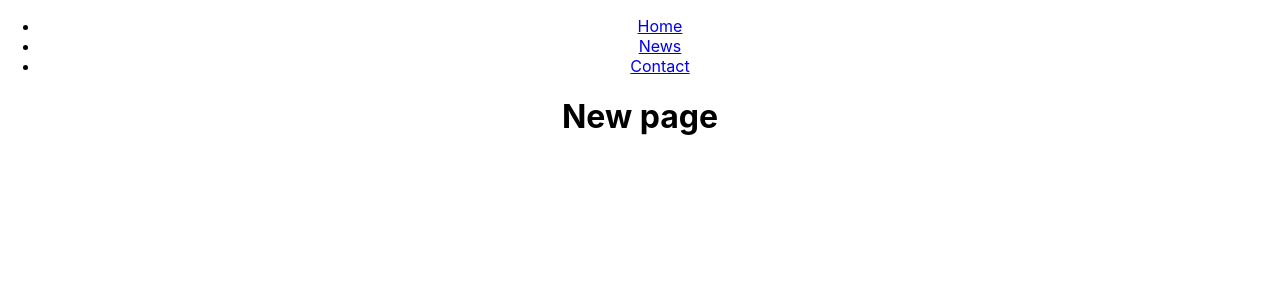
Repository: codysun1912/code
Page: / (app in react-webpack/tiktok/)
The author's editor kept a copy of each file at every save. The page is drawn from the files as they stood at one save, then again after the next save.
The browser window is 1280 px wide. The pictures show the whole page.
The project was rebuilt for these pictures with package versions that can differ from the ones it lists, and the page was loaded fresh each time.

Above is the page before, as saved 2022-03-18 14:31:21.

### react-webpack/tiktok/src/App.js

import './App.css';

function App() {
  return (
    <div className="App">
    <nav>
      <ul>
        <li>
          <a href = "/">Home</a>
        </li>
        <li>
        <a href = "/">News</a>
        </li>
        <li>
        <a href = "/">Contact</a>
        </li>
      </ul>
    </nav>
    <h1>New page</h1>


    </div>
  );
}

export default App;

Loaded but not shown: react-webpack/tiktok/public/index.html (common file); react-webpack/tiktok/src/index.js (common file); react-webpack/tiktok/src/index.css (common file); react-webpack/tiktok/src/reportWebVitals.js (common file); react-webpack/tiktok/src/App.css (common file)

After the next save:
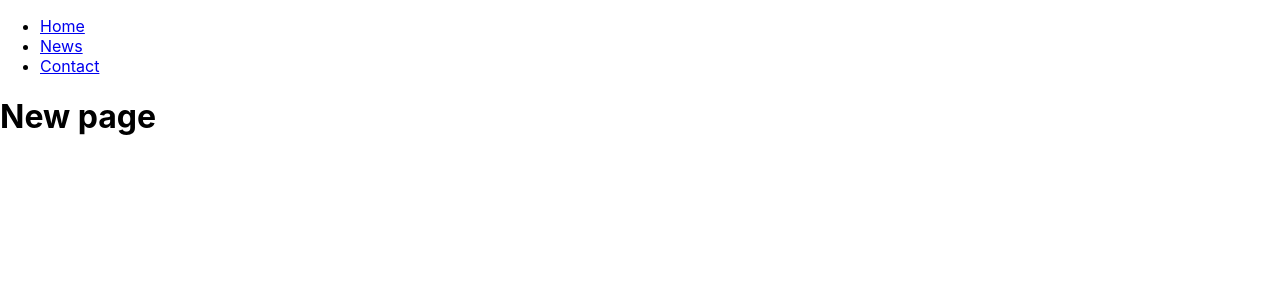
Saved 11 s later.
--- a/react-webpack/tiktok/src/App.js
+++ b/react-webpack/tiktok/src/App.js
@@ -3,7 +3,7 @@
 
 function App() {
   return (
-    <div className="App">
+    <div className="">
     <nav>
       <ul>
         <li>

After the save that followed:
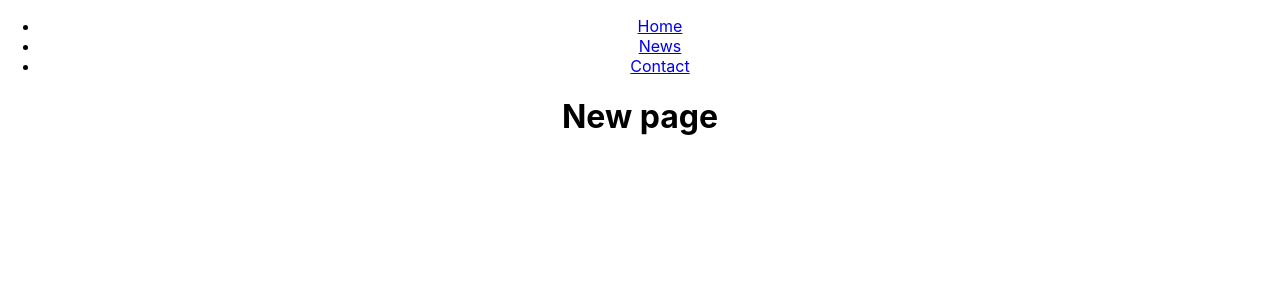
Saved 4 s later.
--- a/react-webpack/tiktok/src/App.js
+++ b/react-webpack/tiktok/src/App.js
@@ -3,7 +3,7 @@
 
 function App() {
   return (
-    <div className="">
+    <div className="App">
     <nav>
       <ul>
         <li>
